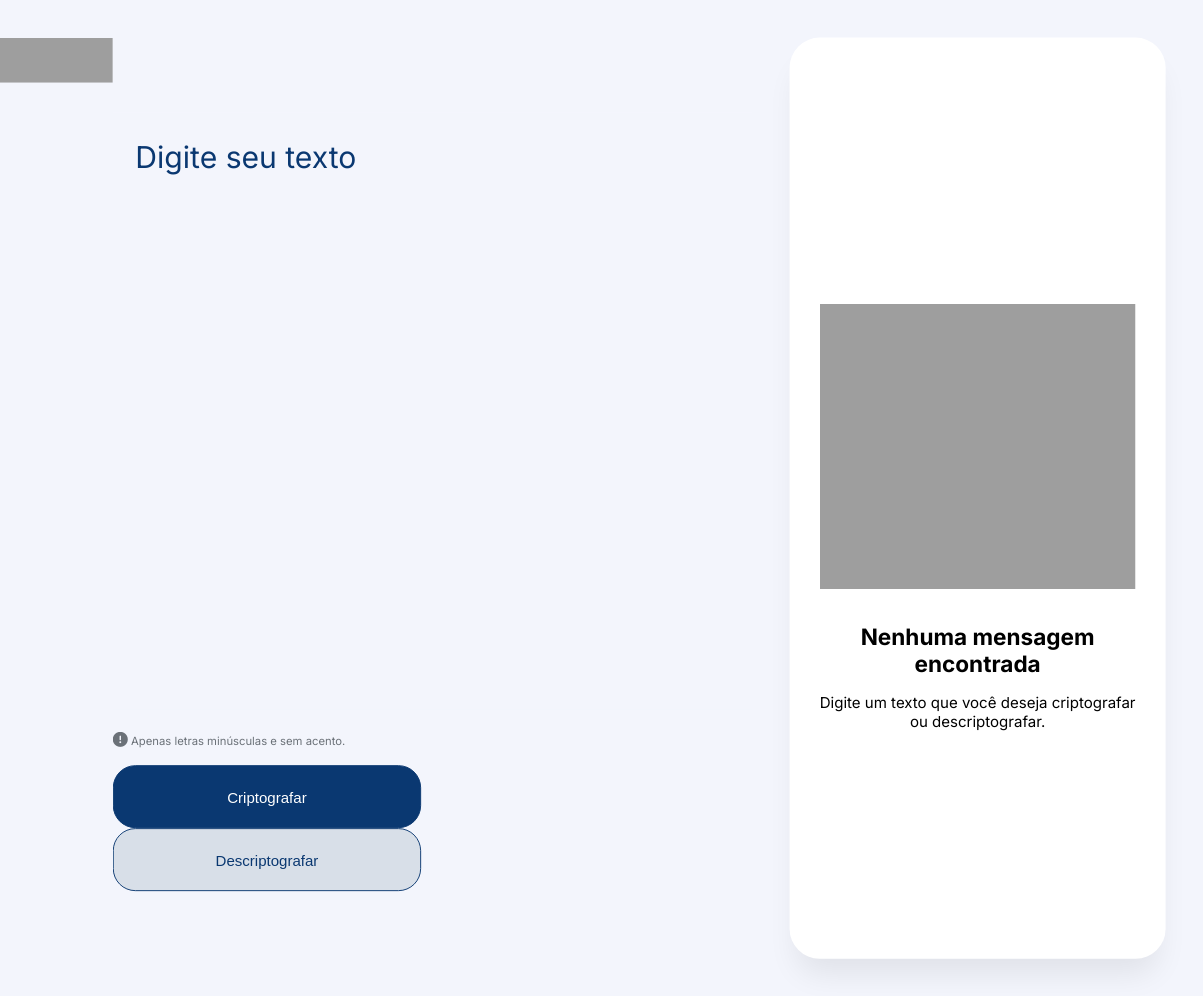
Repository: CarlosEduardoVdeOliveira/descodificador-de-texto
Page: index.html
The author's editor kept a copy of each file at every save. The page is drawn from the files as they stood at one save, then again after the next save.
The browser window is 1280 px wide. The pictures show the whole page, at 94% of full size.
Pictures or frames that could not be fetched are drawn as grey boxes.

Above is the page before, as saved 2023-04-13 08:18:00.

After the next save:
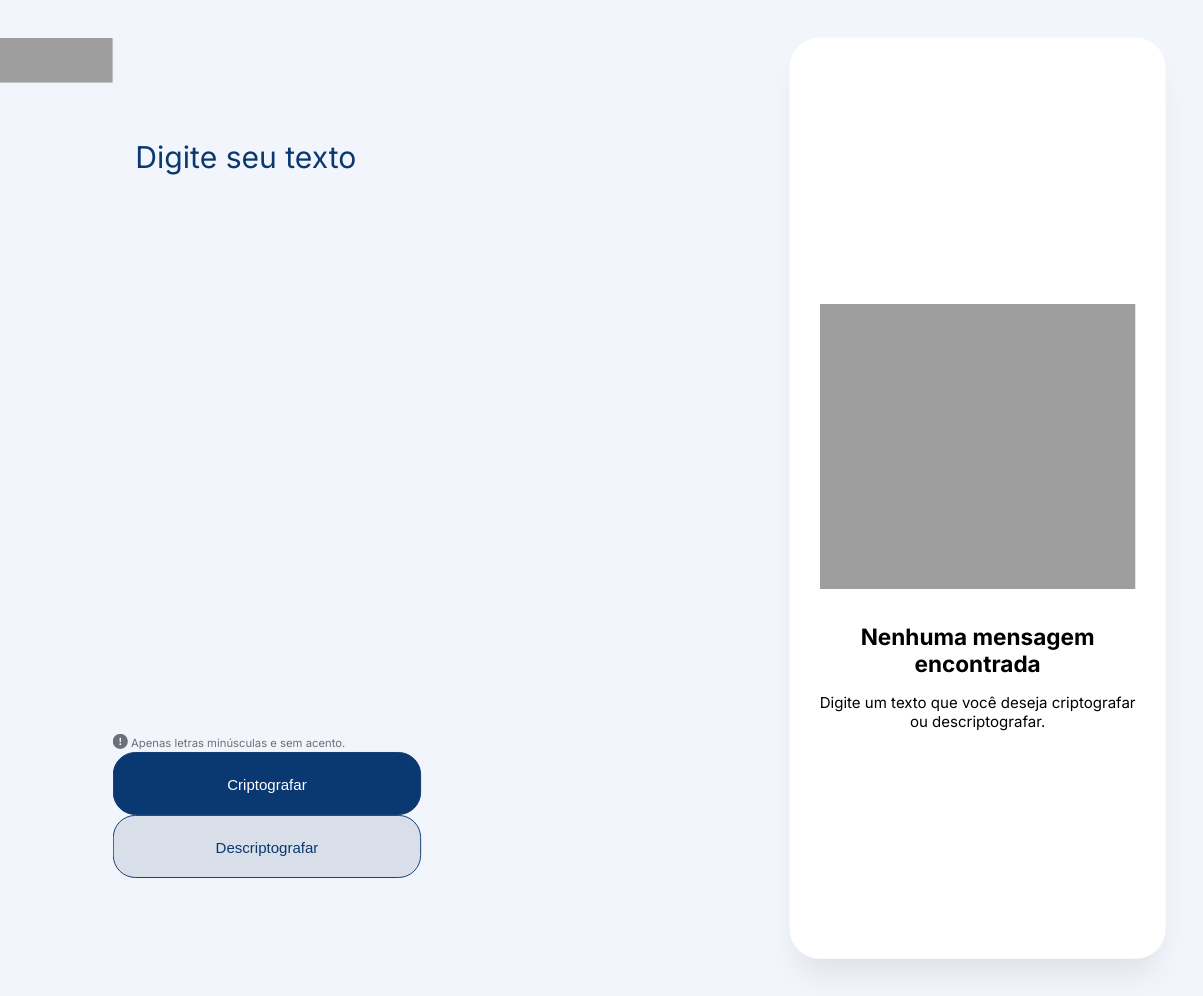
Saved 75 s later.
--- a/index.html
+++ b/index.html
@@ -19,13 +19,15 @@
          alt="letra a da logo da escola de programação Alura">
       <div class="frist-area">
          <textarea class="textarea-input" placeholder="Digite seu texto" autofocus></textarea>
-         <span>
-            <i class="fa-solid fa-circle-exclamation"></i>
-            Apenas letras minúsculas e sem acento.
-         </span>
-         <div>
-            <button class="button-cryptography">Criptografar</button>
-            <button class="button-decryption">Descriptografar</button>
+         <div class="info">
+            <span>
+               <i class="fa-solid fa-circle-exclamation"></i>
+               Apenas letras minúsculas e sem acento.
+            </span>
+            <div>
+               <button class="button-cryptography">Criptografar</button>
+               <button class="button-decryption">Descriptografar</button>
+            </div>
          </div>
       </div>
       <div class="text-cryption">
